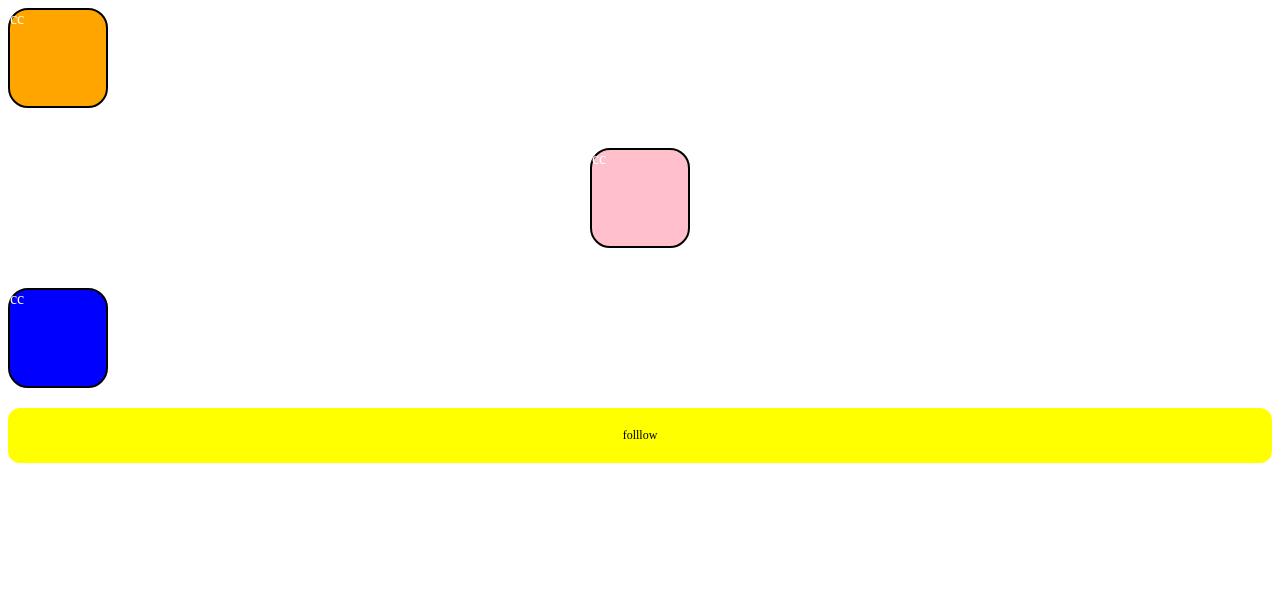
Repository: 16-Doffy/howtouse-htmlcss
Page: box_sizing/index.html
The author's editor kept a copy of each file at every save. The page is drawn from the files as they stood at one save, then again after the next save.
The browser window is 1280 px wide. The pictures show the whole page.

Above is the page before, as saved 2024-12-20 19:42:41.

### box_sizing/index.html
<!DOCTYPE html>
<html lang="en">
<head>
    <meta charset="UTF-8">
    <meta name="viewport" content="width=device-width, initial-scale=1.0">
    <link rel="stylesheet" href="styles.css">
    <title>Box-Sizing</title>
</head>
<body>
        <div class="boxed">cc</div>
        <div class="boxed">cc</div>
        <div class="boxed">cc</div>
        <div class="follow">folllow</div>
</body>
</html>

### box_sizing/styles.css

*,
*::before,
*::after{
    box-sizing: border-box;
}
.boxed{
    width: 100px;
    height: 100px;
    border-radius: 20px;
    border: 2px solid black;
    background-color: blue;
    color: white;
    /* display: flex;
    align-items: center;
    justify-content: center; */
}
.boxed:first-child{
    background-color: orange;
    margin-bottom: 40px;
}
.boxed:nth-child(2){
    background-color: pink;
    /* margin-top: 20px;
    margin-bottom: 20px;
    margin-left: 50px;
    margin-left: auto;
    margin-right: auto; thay thế = margin: top / right / bot / left*/
    margin: 10px 0px 30px 0px;
    margin: 0 auto;
    margin-inline: auto;   /*margin-right/left*/
    margin-block: 40px;/*margin-top/lbot*/
}
.follow{
    width: auto;
    border-radius: 12px;
    background-color: yellow;
    text-align: center;
    border: none;
    font-size: 12px;
    color: black;
    margin-top: 20px;
    padding-inline: 10px;
    height: auto;
    padding-block: 20px;
}

After the next save:
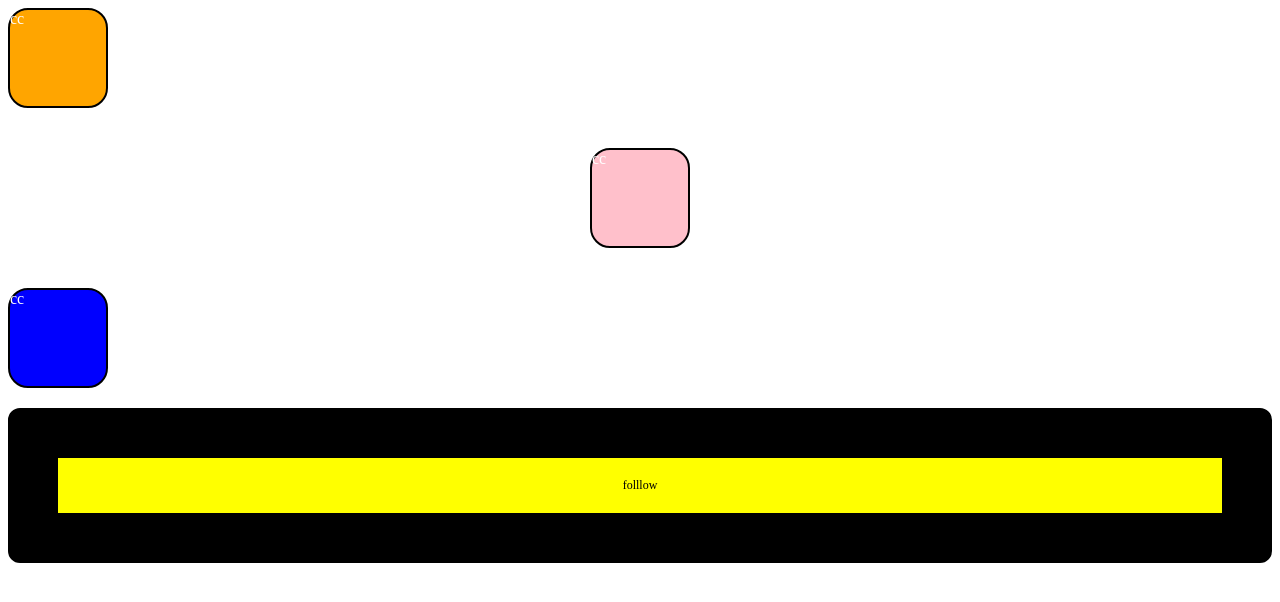
Saved 109 s later.
--- a/box_sizing/styles.css
+++ b/box_sizing/styles.css
@@ -43,4 +43,5 @@
     padding-inline: 10px;
     height: auto;
     padding-block: 20px;
+    border: 50px solid;
 }

After the save that followed:
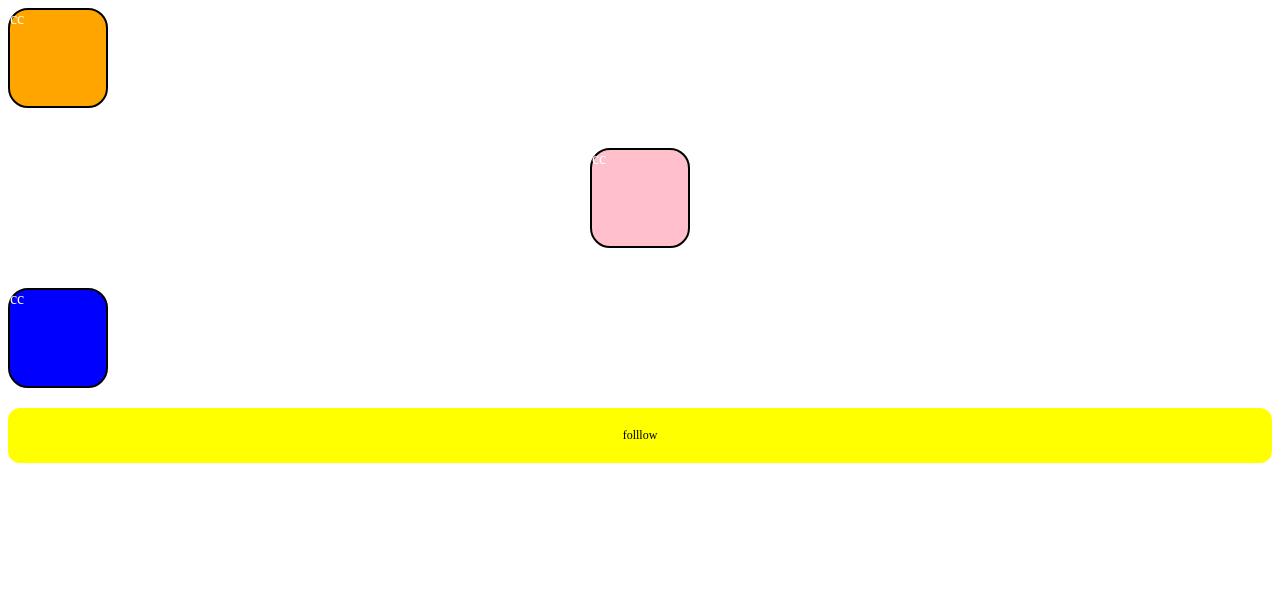
Saved 6 s later.
--- a/box_sizing/styles.css
+++ b/box_sizing/styles.css
@@ -43,5 +43,5 @@
     padding-inline: 10px;
     height: auto;
     padding-block: 20px;
-    border: 50px solid;
+
 }
